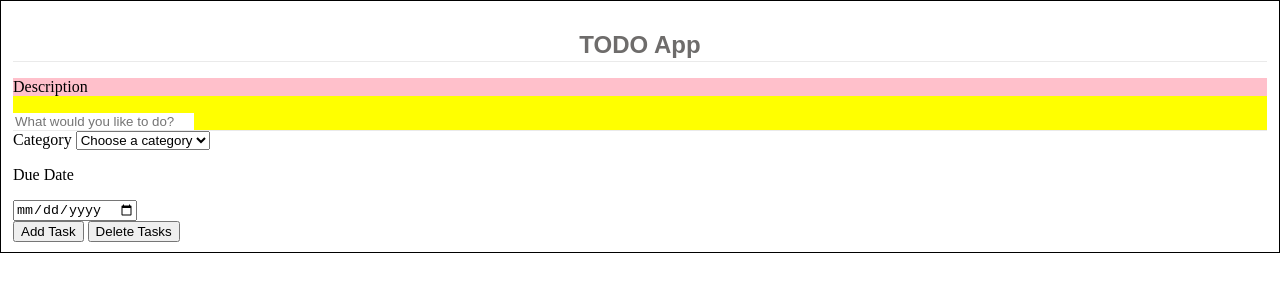
Repository: king-slayer97/TODO-App
Page: http://localhost/
These files come from the project's save history. The page is drawn as it stood at one moment and after a run of saves; the edit follows.
The browser window is 1280 px wide. The pictures show the whole page.
The page is served by the project's Node server (index.js).

Above is the page before, as saved 2022-08-15 14:07:43.

After the next 3 saves:
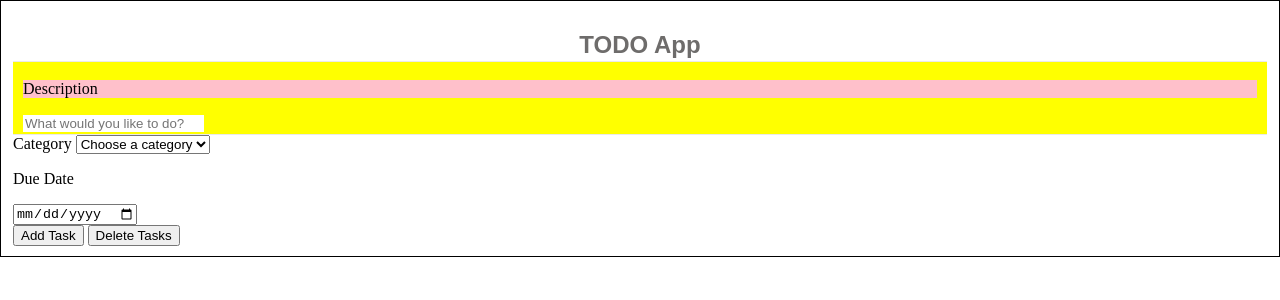
The 3 saves are shown as one change because they came seconds apart.
The last was saved 9 s later.
--- a/assets/css/home.css
+++ b/assets/css/home.css
@@ -31,7 +31,7 @@ body{
     flex-direction:column;
     justify-content: flex-start; */
     background-color: yellow;
-    padding
+    padding: 2px 10px;
 }
 
 .description p{
